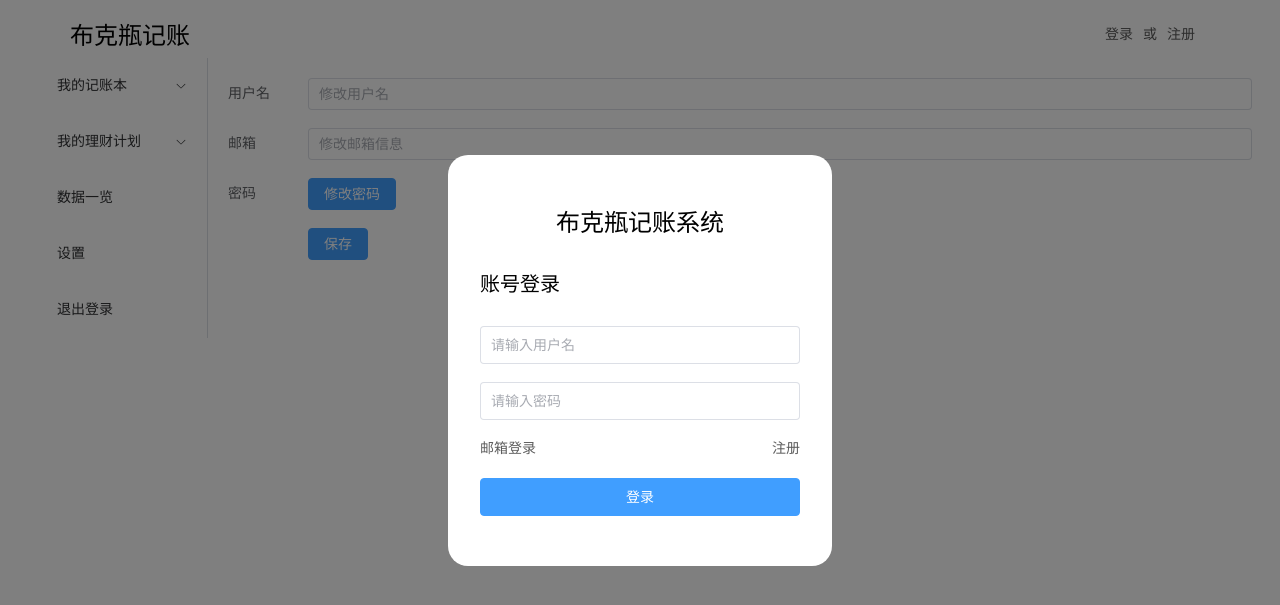
Repository: Database-application-design-bookkeeping/bookkeeping-web
Page: /setting
An editor plug-in stored every save of this project. The page is shown before and after the next save, followed by the edit.
The browser window is 1280 px wide. The pictures show the whole page.
The page's requests for data from a server got no answer. The project was rebuilt for these pictures with package versions that can differ from the ones it lists, and the page was loaded fresh each time. No one was signed in, and anything a server would have sent is missing. Also part of the build but not shown: vite.config.js.

Above is the page before, as saved 2023-12-13 15:24:03.

After the next save:
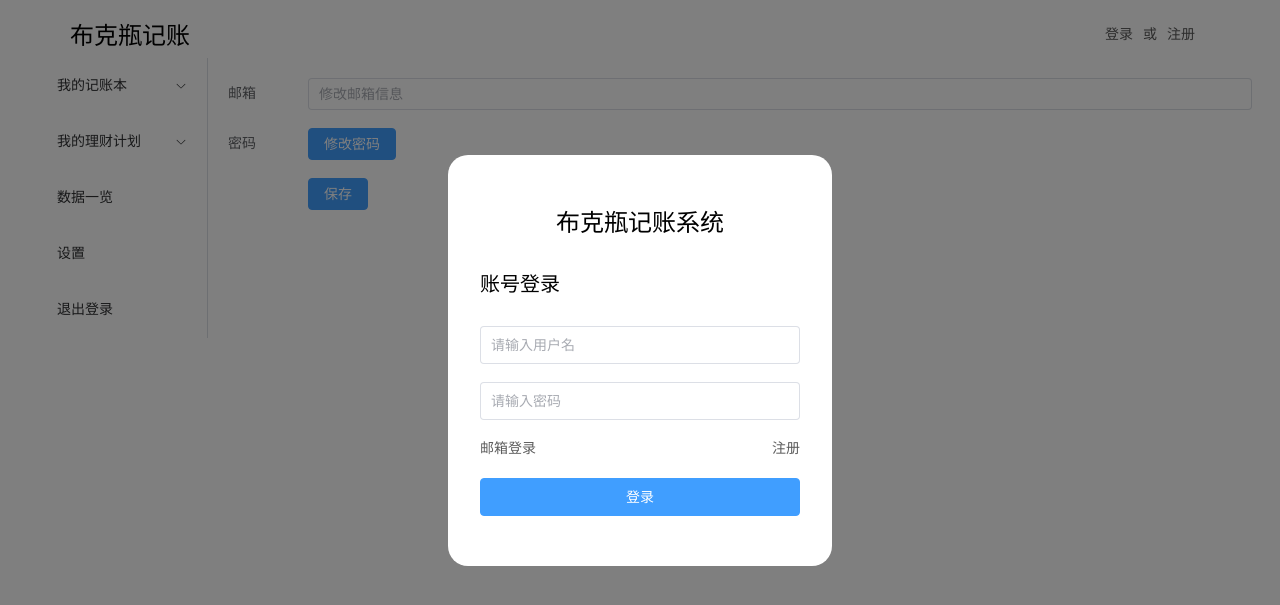
Saved 42 s later.
--- a/src/views/Setting.vue
+++ b/src/views/Setting.vue
@@ -2,9 +2,7 @@
   <div class="setting">
     <el-form ref="ruleFormRef" :model="userForm" status-icon label-width="80px" label-position="left"
       class="demo-ruleForm">
-      <el-form-item prop="username" label="用户名">
-        <el-input class="login-content" v-model="userForm.username" autocomplete="off" placeholder="修改用户名" />
-      </el-form-item>
+
 
       <el-form-item prop="email" label="邮箱">
         <el-input class="login-content" v-model="userForm.email" autocomplete="off" placeholder="修改邮箱信息" />

After the save that followed:
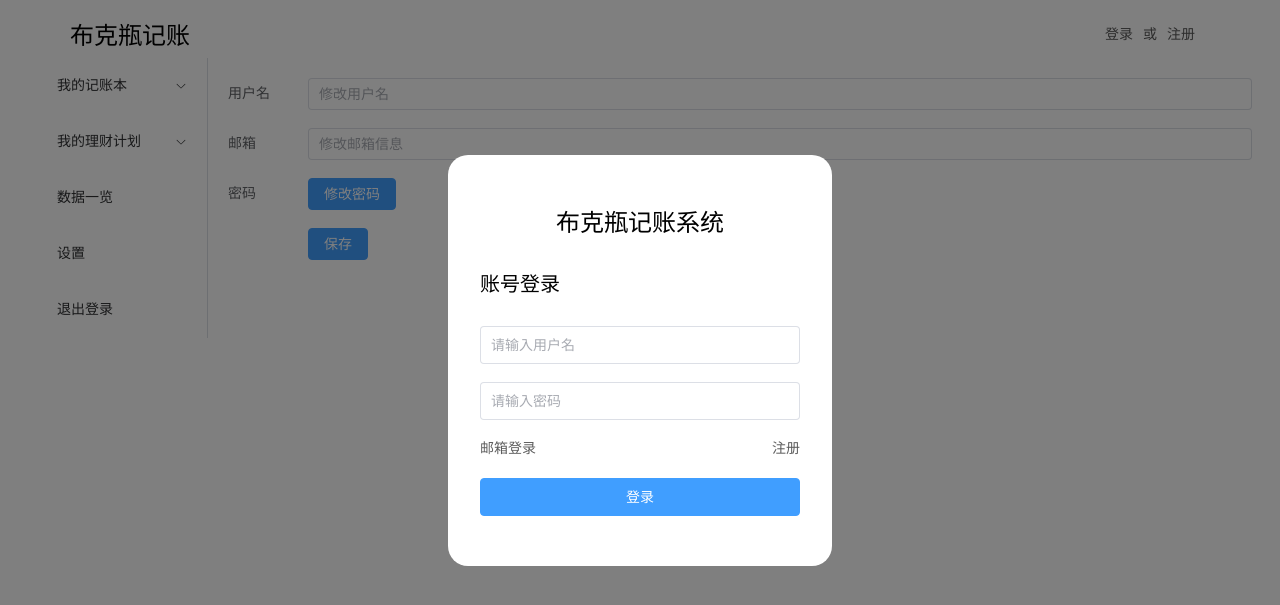
Saved 7 s later.
--- a/src/views/Setting.vue
+++ b/src/views/Setting.vue
@@ -2,7 +2,9 @@
   <div class="setting">
     <el-form ref="ruleFormRef" :model="userForm" status-icon label-width="80px" label-position="left"
       class="demo-ruleForm">
-
+      <el-form-item prop="username" label="用户名">
+        <el-input class="login-content" v-model="userForm.username" autocomplete="off" placeholder="修改用户名" />
+      </el-form-item>
 
       <el-form-item prop="email" label="邮箱">
         <el-input class="login-content" v-model="userForm.email" autocomplete="off" placeholder="修改邮箱信息" />
